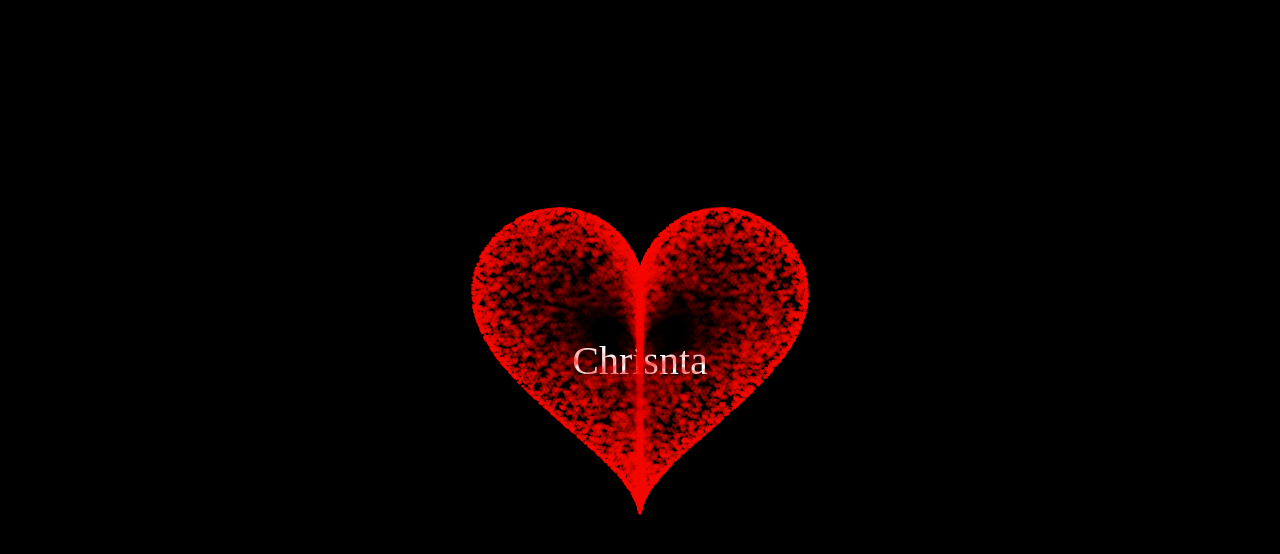
Repository: thaiduy1704/Heart
Page: index.html
An editor plug-in stored every save of this project. The page is shown before and after the next save, followed by the edit.
The browser window is 1280 px wide. The pictures show the whole page.

Above is the page before, as saved 2022-11-11 01:59:21.
Not found: style.css

### index.html
<!DOCTYPE HTML PUBLIC "-//W3C//DTD HTML 4.0 Transitional//EN">
<HTML>
 <HEAD>
  <TITLE> MINH IT </TITLE>
  <META NAME="Generator" CONTENT="EditPlus">
  <META NAME="Author" CONTENT="">
  <META NAME="Keywords" CONTENT="">
  <META NAME="Description" CONTENT="">
  <link rel="stylesheet" href="style.css">
  <style>
  html, body {
  height: 100%;
  padding: 0;
  margin: 0;
  background: rgba(0, 0, 0, 0.851);
}
canvas {
  position: absolute;
  width: 100%;
  height: 100%;
}
  </style>
 </HEAD>
 <BODY>
  <div class="box">
    <canvas id="pinkboard"></canvas>
  </div>
<script>
var settings = {
  particles: {
    length:   10000, // maximum amount of particles
    duration:   4, // particle duration in sec
    velocity: 20, // particle velocity in pixels/sec
    effect: -1.3, // play with this for a nice effect
    size:      8, // particle size in pixels
  },
};
/*
 */
(function(){var b=0;var c=["ms","moz","webkit","o"];for(var a=0;a<c.length&&!window.requestAnimationFrame;++a){window.requestAnimationFrame=window[c[a]+"RequestAnimationFrame"];window.cancelAnimationFrame=window[c[a]+"CancelAnimationFrame"]||window[c[a]+"CancelRequestAnimationFrame"]}if(!window.requestAnimationFrame){window.requestAnimationFrame=function(h,e){var d=new Date().getTime();var f=Math.max(0,16-(d-b));var g=window.setTimeout(function(){h(d+f)},f);b=d+f;return g}}if(!window.cancelAnimationFrame){window.cancelAnimationFrame=function(d){clearTimeout(d)}}}());
/*
 * Point class
 */
var Point = (function() {
  function Point(x, y) {
    this.x = (typeof x !== 'undefined') ? x : 0;
    this.y = (typeof y !== 'undefined') ? y : 0;
  }
  Point.prototype.clone = function() {
    return new Point(this.x, this.y);
  };
  Point.prototype.length = function(length) {
    if (typeof length == 'undefined')
      return Math.sqrt(this.x * this.x + this.y * this.y);
    this.normalize();
    this.x *= length;
    this.y *= length;
    return this;
  };
  Point.prototype.normalize = function() {
    var length = this.length();
    this.x /= length;
    this.y /= length;
    return this;
  };
  return Point;
})();
/*
 * Particle class
 */
var Particle = (function() {
  function Particle() {
    this.position = new Point();
    this.velocity = new Point();
    this.acceleration = new Point();
    this.age = 0;
  }
  Particle.prototype.initialize = function(x, y, dx, dy) {
    this.position.x = x;
    this.position.y = y;
    this.velocity.x = dx;
    this.velocity.y = dy;
    this.acceleration.x = dx * settings.particles.effect;
    this.acceleration.y = dy * settings.particles.effect;
    this.age = 0;
  };
  Particle.prototype.update = function(deltaTime) {
    this.position.x += this.velocity.x * deltaTime;
    this.position.y += this.velocity.y * deltaTime;
    this.velocity.x += this.acceleration.x * deltaTime;
    this.velocity.y += this.acceleration.y * deltaTime;
    this.age += deltaTime;
  };
  Particle.prototype.draw = function(context, image) {
    function ease(t) {
      return (--t) * t * t + 1;
    }
    var size = image.width * ease(this.age / settings.particles.duration);
    context.globalAlpha = 1 - this.age / settings.particles.duration;
    context.drawImage(image, this.position.x - size / 2, this.position.y - size / 2, size, size);
  };
  return Particle;
})();
/*
 * ParticlePool class
 */
var ParticlePool = (function() {
  var particles,
      firstActive = 0,
      firstFree   = 0,
      duration    = settings.particles.duration;

  function ParticlePool(length) {
    // create and populate particle pool
    particles = new Array(length);
    for (var i = 0; i < particles.length; i++)
      particles[i] = new Particle();
  }
  ParticlePool.prototype.add = function(x, y, dx, dy) {
    particles[firstFree].initialize(x, y, dx, dy);

    // handle circular queue
    firstFree++;
    if (firstFree   == particles.length) firstFree   = 0;
    if (firstActive == firstFree       ) firstActive++;
    if (firstActive == particles.length) firstActive = 0;
  };
  ParticlePool.prototype.update = function(deltaTime) {
    var i;

    // update active particles
    if (firstActive < firstFree) {
      for (i = firstActive; i < firstFree; i++)
        particles[i].update(deltaTime);
    }
    if (firstFree < firstActive) {
      for (i = firstActive; i < particles.length; i++)
        particles[i].update(deltaTime);
      for (i = 0; i < firstFree; i++)
        particles[i].update(deltaTime);
    }

    // remove inactive particles
    while (particles[firstActive].age >= duration && firstActive != firstFree) {
      firstActive++;
      if (firstActive == particles.length) firstActive = 0;
    }


  };
  ParticlePool.prototype.draw = function(context, image) {
    // draw active particles
    if (firstActive < firstFree) {
      for (i = firstActive; i < firstFree; i++)
        particles[i].draw(context, image);
    }
    if (firstFree < firstActive) {
      for (i = firstActive; i < particles.length; i++)
        particles[i].draw(context, image);
      for (i = 0; i < firstFree; i++)
        particles[i].draw(context, image);
    }
  };
  return ParticlePool;
})();
/*
 * Putting it all together
 */
(function(canvas) {
  var context = canvas.getContext('2d'),
      particles = new ParticlePool(settings.particles.length),
      particleRate = settings.particles.length / settings.particles.duration, // particles/sec
      time;

  // get point on heart with -PI <= t <= PI
  function pointOnHeart(t) {
    return new Point(
      160 * Math.pow(Math.sin(t), 3),
      130 * Math.cos(t) - 50 * Math.cos(2 * t) - 20 * Math.cos(3 * t) - 10 * Math.cos(4 * t) + 25
    );
  }

  // creating the particle image using a dummy canvas
  var image = (function() {
    var canvas  = document.createElement('canvas'),
        context = canvas.getContext('2d');
    canvas.width  = settings.particles.size;
    canvas.height = settings.particles.size;
    // helper function to create the path
    function to(t) {
      var point = pointOnHeart(t);
      point.x = settings.particles.size / 2 + point.x * settings.particles.size / 350;
      point.y = settings.particles.size / 2 - point.y * settings.particles.size / 350;
      return point;
    }
    // create the path
    context.beginPath();
    var t = -Math.PI;
    var point = to(t);
    context.moveTo(point.x, point.y);
    while (t < Math.PI) {
      t += 0.01; // baby steps!
      point = to(t);
      context.lineTo(point.x, point.y);
    }
    context.closePath();
    // create the fill
    context.fillStyle = '#f50b02';
    context.fill();
    // create the image
    var image = new Image();
    image.src = canvas.toDataURL();
    return image;
  })();

  // render that thing!
  function render() {
    // next animation frame
    requestAnimationFrame(render);

    // update time
    var newTime   = new Date().getTime() / 1000,
        deltaTime = newTime - (time || newTime);
    time = newTime;

    // clear canvas
    context.clearRect(0, 0, canvas.width, canvas.height);

    // create new particles
    var amount = particleRate * deltaTime;
    for (var i = 0; i < amount; i++) {
      var pos = pointOnHeart(Math.PI - 2 * Math.PI * Math.random());
      var dir = pos.clone().length(settings.particles.velocity);
      particles.add(canvas.width / 2 + pos.x, canvas.height / 2 - pos.y, dir.x, -dir.y);
    }

    // update and draw particles
    particles.update(deltaTime);
    particles.draw(context, image);
  }

  // handle (re-)sizing of the canvas
  function onResize() {
    canvas.width  = canvas.clientWidth;
    canvas.height = canvas.clientHeight;
  }
  window.onresize = onResize;

  // delay rendering bootstrap
  setTimeout(function() {
    onResize();
    render();
  }, 10);
})(document.getElementById('pinkboard'));
  </script>
 </BODY>
</HTML>
</HTML>
  </script>
  <div class="center-text",
  style="background-color:rgb(0, 0, 0);
        width: 100%;
        color: white ;
        height:100%;
        font-size: 40px;
        font-style: Bold;
        font-family: 'Dancing Script', cursive;
        display: flex;
        align-items: center;
        justify-content: center;
        margin-bottom: 200px;
        text-align: center;">Chrisnta</div>
 </BODY>
</HTML>
<!-- color: rgb(225, 12, 168); -->

After the next save:
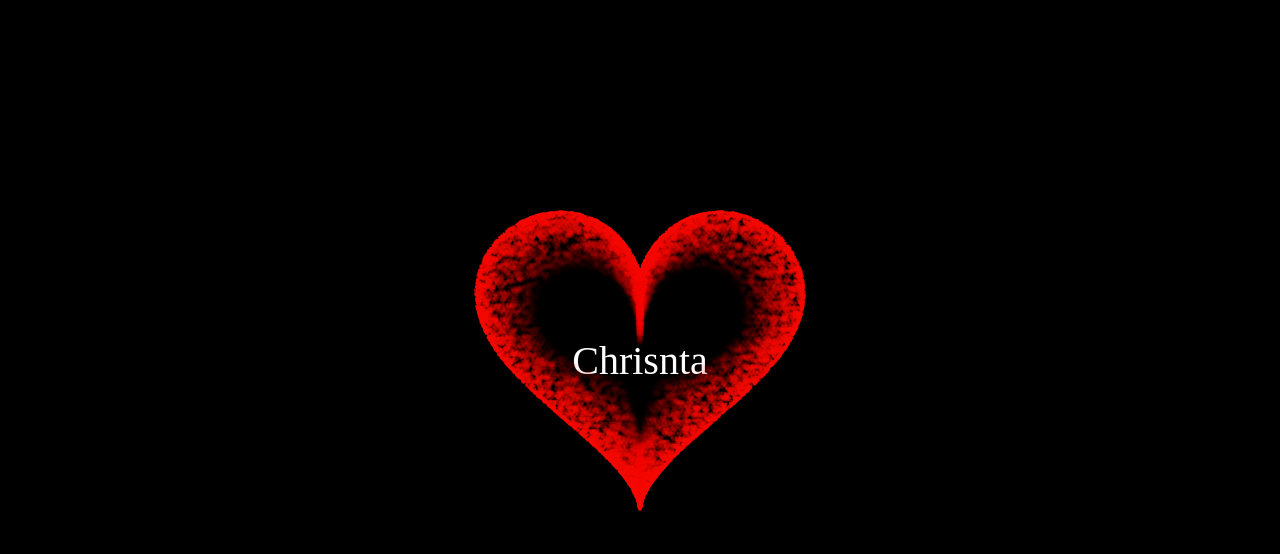
Saved 11 s later.
--- a/index.html
+++ b/index.html
@@ -30,7 +30,7 @@ var settings = {
   particles: {
     length:   10000, // maximum amount of particles
     duration:   4, // particle duration in sec
-    velocity: 20, // particle velocity in pixels/sec
+    velocity: 10, // particle velocity in pixels/sec
     effect: -1.3, // play with this for a nice effect
     size:      8, // particle size in pixels
   },
